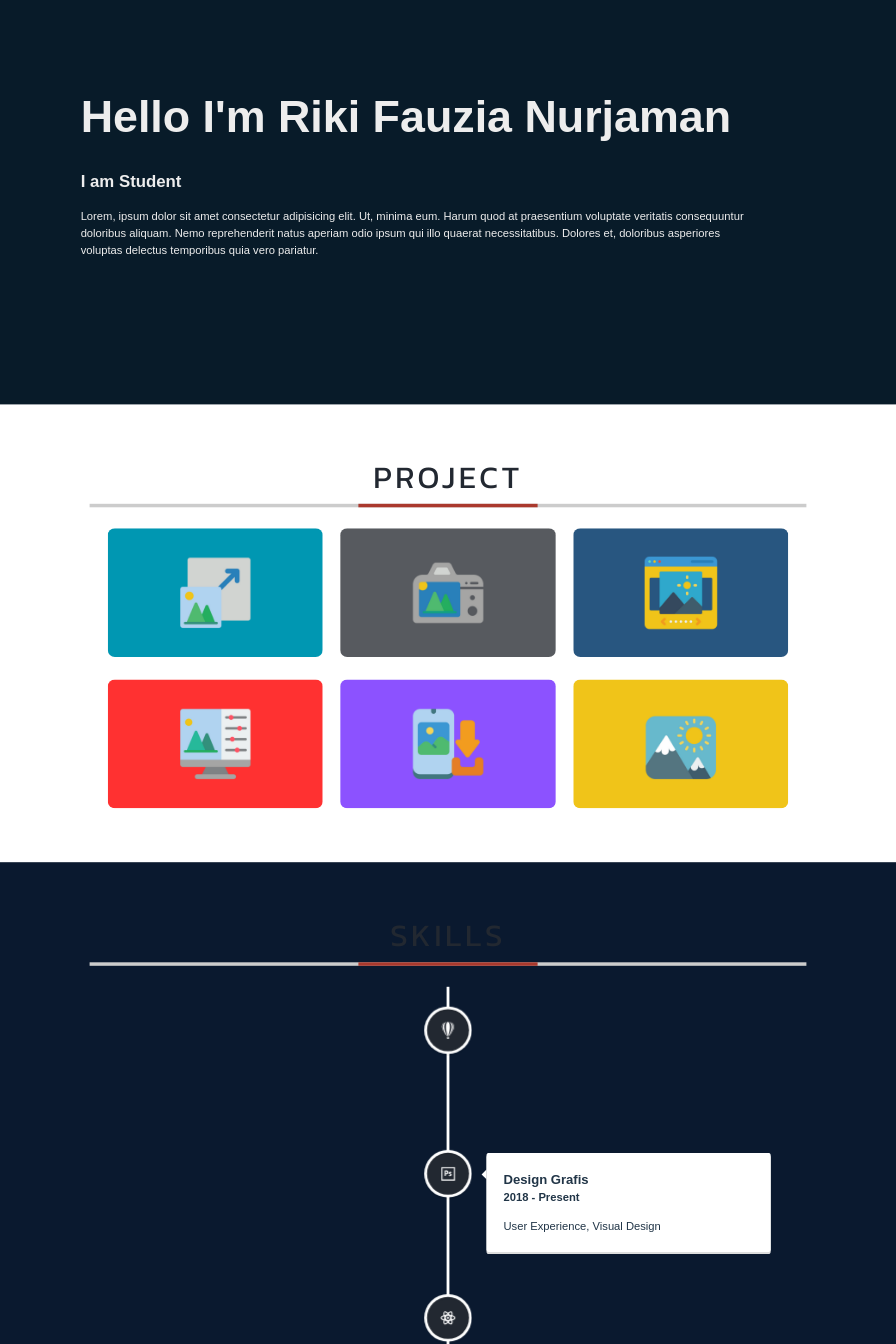
Repository: sellayspy/Portofolio
Page: /
An editor plug-in stored every save of this project. The page is shown before and after the next save, followed by the edit.
The browser window is 1280 px wide. The pictures show the part of the page from y = 304 to 2224 px (the page is 3933 px tall before and 3953 px after), at 70% of full size.
The project was rebuilt for these pictures with package versions that can differ from the ones it lists, and the page was loaded fresh each time. Also part of the build but not shown: vite.config.js, src/styles/DetailPortfolio.css, src/components/ScrollToTop.jsx, src/pages/DetailPortfolio.jsx, src/pages/PagesNotFound.jsx.

Above is the page before, as saved 2024-09-15 16:07:58.

### index.html
<!DOCTYPE html>
<html lang="en">
  <head>
    <meta charset="UTF-8" />
    <link rel="icon" type="image/svg+xml" href="/vite.svg" />
    <meta name="viewport" content="width=device-width, initial-scale=1.0" />
    <title>Portofolio RikiFN</title>
  </head>
  <body>
    <div id="root"></div>
    <script type="module" src="/src/main.jsx"></script>
  </body>
</html>

### src/App.jsx
import "./App.css";
import Home from "./pages/Home";
import DetailPortfolio from "./pages/DetailPortfolio";

import { BrowserRouter, Routes, Route } from "react-router-dom";
import PagesNotFound from "./pages/PagesNotFound";

const App = () => {
  return (
    <BrowserRouter>
      <Routes>
        <Route path="/" element={<Home />} />
        <Route path="/portfolio/:id" element={<DetailPortfolio />} />
        <Route path="/pages-not-found" element={<PagesNotFound />} />
        <Route path="*" element={<PagesNotFound />} />
      </Routes>
    </BrowserRouter>
  );
};

export default App;

### src/App.css
/* Global */
@import url("https://fonts.googleapis.com/css2?family=Nunito+Sans:opsz,wght@6..12,300&display=swap");
@import url("https://fonts.googleapis.com/css2?family=Kanit&display=swap");

html,
body {
  margin: 0px;
  padding: 0px;
  border: none;
  outline: none;
  box-sizing: border-box;
  text-decoration: none;
  scroll-behavior: smooth;
  font-family: "poppins", sans-serif;
}
.wrapper {
  width: 1024px;
  margin: auto;
  padding: 20px 0px 20px 0px;
}

section {
  padding: 50px 0px 50px 0px;
}

.wrapper > h3,
.wrapper > h1 {
  text-align: center;
  font-size: 2.8rem;
  margin: 0px 0px 30px 0px;
  padding: 0px;
  font-family: "Kanit", sans-serif;
  color: #222831;
  letter-spacing: 5px;
  text-transform: uppercase;
  border-bottom: 5px solid #cccccc;
}
.wrapper > h3::after,
.wrapper > h1::after {
  content: "";
  display: block;
  border-bottom: 5px solid #aa392d;
  width: 25%;
  position: relative;
  bottom: -5px; /* your padding + border-width */
  margin: auto;
}

@media only screen and (max-width: 1000px) {
  .wrapper {
    width: 80%;
  }
}

### src/pages/Home.jsx
import About from "../components/About";
import Experience from "../components/Experience";
import Footer from "../components/Footer";
import Header from "../components/Header";
import Navbar from "../components/Navbar";
import Portfolio from "../components/Portfolio";

function Home() {
  return (
    <>
      <Navbar />
      <Header />
      <Portfolio />
      <Experience />
      <About />
      <Footer />
    </>
  );
}

export default Home;

### src/components/About.jsx
import { FaHtml5 } from "react-icons/fa";
import { IoLogoJavascript } from "react-icons/io";
import { FaCss3 } from "react-icons/fa";
import { FaLaravel } from "react-icons/fa";
import { FaReact } from "react-icons/fa";
import { RiTailwindCssFill } from "react-icons/ri";
import { SiCoreldraw } from "react-icons/si";
import { SiAdobephotoshop } from "react-icons/si";
import "../styles/About.css";

const About = () => {
  return (
    <section id="about">
      <div className="wrapper">
        <h3>About</h3>
        <p>
          Lorem ipsum dolor sit amet consectetur adipisicing elit. Totam magni,
          dolorum, explicabo obcaecati ut impedit officiis quae non natus
          praesentium ex, excepturi asperiores laboriosam distinctio vitae
          cupiditate nulla debitis consectetur?
        </p>
        <p>
          Lorem ipsum dolor sit amet consectetur, adipisicing elit. Corporis,
          similique.
        </p>
        <p>Lorem ipsum dolor sit amet.</p>
        <h4>Programing Language & Tools</h4>
        <div className="skills">
          <FaHtml5 />
          <FaCss3 />
          <IoLogoJavascript />
          <RiTailwindCssFill />
          <FaLaravel />
          <FaReact />
          <SiCoreldraw />
          <SiAdobephotoshop />
        </div>
      </div>
    </section>
  );
};

export default About;

### src/components/Experience.jsx
import {
  VerticalTimeline,
  VerticalTimelineElement,
} from "react-vertical-timeline-component";
import "react-vertical-timeline-component/style.min.css";
import { SiNestjs } from "react-icons/si";
import { FaLaravel } from "react-icons/fa";
import { RiReactjsLine } from "react-icons/ri";
import { RiNextjsFill } from "react-icons/ri";
import { FaJava } from "react-icons/fa";
import { SiCoreldraw } from "react-icons/si";
import { DiPhotoshop } from "react-icons/di";
import "../styles/Experience.css";
const Experience = () => {
  return (
    <section id="experience">
      <div className="wrapper">
        <h3>Skills</h3>

        <VerticalTimeline>
          <VerticalTimelineElement
            className="vertical-timeline-element--work"
            iconStyle={{ background: "#222831", color: "#fff" }}
            icon={<SiCoreldraw />}
          >
            <h3 className="vertical-timeline-element-title">Design Grafis</h3>
            <h4 className="vertical-timeline-element-subtitle">
              2018 - Present
            </h4>
            <p>User Experience, Visual Design</p>
          </VerticalTimelineElement>
          <VerticalTimelineElement
            className="vertical-timeline-element--work"
            iconStyle={{ background: "#222831", color: "#fff" }}
            icon={<DiPhotoshop />}
          >
            <h3 className="vertical-timeline-element-title">Design Grafis</h3>
            <h4 className="vertical-timeline-element-subtitle">
              2018 - Present
            </h4>
            <p>User Experience, Visual Design</p>
          </VerticalTimelineElement>
          <VerticalTimelineElement
            className="vertical-timeline-element--work"
            iconStyle={{ background: "#222831", color: "#fff" }}
            icon={<RiReactjsLine />}
          >
            <h3 className="vertical-timeline-element-title">Web Development</h3>
            <h4 className="vertical-timeline-element-subtitle">
              2018 - Present
            </h4>
            <p>User Experience, Visual Design</p>
          </VerticalTimelineElement>
          <VerticalTimelineElement
            className="vertical-timeline-element--work"
            date="2024 - present"
            iconStyle={{ background: "#222831", color: "#fff" }}
            icon={<RiNextjsFill />}
          >
            <h3 className="vertical-timeline-element-title">Web Designer</h3>
            <h4 className="vertical-timeline-element-subtitle">
              Los Angeles, CA
            </h4>
            <p>User Experience, Visual Design</p>
          </VerticalTimelineElement>
          <VerticalTimelineElement
            className="vertical-timeline-element--work"
            date="2024 - present"
            iconStyle={{ background: "#222831", color: "#fff" }}
            icon={<FaJava />}
          >
            <h3 className="vertical-timeline-element-title">Web Designer</h3>
            <h4 className="vertical-timeline-element-subtitle">
              Los Angeles, CA
            </h4>
            <p>User Experience, Visual Design</p>
          </VerticalTimelineElement>
          <VerticalTimelineElement
            className="vertical-timeline-element--work"
            date="2024 - present"
            iconStyle={{ background: "#222831", color: "#fff" }}
            icon={<SiCoreldraw />}
          >
            <h3 className="vertical-timeline-element-title">Web Designer</h3>
            <h4 className="vertical-timeline-element-subtitle">
              Los Angeles, CA
            </h4>
            <p>User Experience, Visual Design</p>
          </VerticalTimelineElement>
          <VerticalTimelineElement
            className="vertical-timeline-element--work"
            date="2024 - present"
            iconStyle={{ background: "#222831", color: "#fff" }}
            icon={<DiPhotoshop />}
          >
            <h3 className="vertical-timeline-element-title">Web Designer</h3>
            <h4 className="vertical-timeline-element-subtitle">
              Los Angeles, CA
            </h4>
            <p>User Experience, Visual Design</p>
          </VerticalTimelineElement>
        </VerticalTimeline>
      </div>
    </section>
  );
};

export default Experience;

### src/components/Footer.jsx
import "../styles/Footer.css";

const Footer = () => {
  return <footer>&copy; 2024. Riki Fauzia Nurjaman</footer>;
};

export default Footer;

### src/components/Header.jsx
import profilePicture from "../assets/test.png";
import { FaInstagram } from "react-icons/fa";
import { FaTiktok } from "react-icons/fa";
import { SiFiverr } from "react-icons/si";
import "../styles/Header.css";
const Header = () => {
  return (
    <header>
      <div className="header-jumbotron">
        <h1>Hello I'm Riki Fauzia Nurjaman</h1>
        <h2>
          I am <span className="type-animation">Student</span>
        </h2>
        <p>
          Lorem, ipsum dolor sit amet consectetur adipisicing elit. Ut, minima
          eum. Harum quod at praesentium voluptate veritatis consequuntur
          doloribus aliquam. Nemo reprehenderit natus aperiam odio ipsum qui
          illo quaerat necessitatibus. Dolores et, doloribus asperiores voluptas
          delectus temporibus quia vero pariatur.
        </p>
        {/* <div className="socialMedia">
          <a href="https://www.instagram.com/rikifauzianurjaman/">
            <FaInstagram />
          </a>
          <a href="https://www.tiktok.com/@officialspylike">
            <FaTiktok />
          </a>
          <a href="https://www.fiverr.com/rikifauzianurja">
            <SiFiverr />
          </a>
        </div> */}
      </div>
    </header>
  );
};

export default Header;

### src/components/Navbar.jsx
import { FaBars } from "react-icons/fa6";
import { IoClose } from "react-icons/io5";
import "../styles/Navbar.css";
import { useState } from "react";
import { HashLink } from "react-router-hash-link";
import { Link } from "react-router-dom";

const Navbar = () => {
  const [statusTampil, setStatusTampil] = useState("");

  const tampilMenu = () => {
    if (statusTampil == "") {
      setStatusTampil("tampil");
    } else {
      setStatusTampil("");
    }
  };
  return (
    <nav>
      <div className="wrapper">
        <div className="logo">
          <Link to="/">Portfolio</Link>
        </div>
        <button onClick={tampilMenu}>
          {statusTampil == "" ? <FaBars /> : <IoClose />}
        </button>
        <div className={`menu ${statusTampil}`} onClick={tampilMenu}>
          <ul>
            <li>
              <HashLink to="/#portfolio">Project</HashLink>
            </li>
            <li>
              <HashLink to="/#contact">Service</HashLink>
            </li>
            <li>
              <HashLink to="/#about">About</HashLink>
            </li>
            <li>
              <HashLink to="/#experience">Skills</HashLink>
            </li>
          </ul>
        </div>
      </div>
    </nav>
  );
};

export default Navbar;

### src/components/Portfolio.jsx
import { portfolioList } from "../data/DataPortfolio";

import { Link } from "react-router-dom";

import "../styles/Portfolio.css";

const Portfolio = () => {
  return (
    <section id="portfolio">
      <div className="wrapper">
        <h3>Project</h3>
        <div className="grid">
          {portfolioList.map((item) => {
            return (
              <div className="item" key={item.id}>
                <Link to={`/portfolio/${item.id}`}>
                  <img src={item.image} />
                </Link>
              </div>
            );
          })}
        </div>
      </div>
    </section>
  );
};

export default Portfolio;

### src/data/DataPortfolio.jsx
import portfolio1 from "../assets/portfolio1.png";
import portfolio2 from "../assets/portfolio2.png";
import portfolio3 from "../assets/portfolio3.png";
import portfolio4 from "../assets/portfolio4.png";
import portfolio5 from "../assets/portfolio5.png";
import portfolio6 from "../assets/portfolio6.png";

export const portfolioList = [
  {
    id: "1",
    title: "Website Portofolio",
    image: portfolio1,
    skill: "html, css, javascript",
  },
  {
    id: "2",
    title: "Website Portofolio2",
    image: portfolio2,
    skill: "laravel, react, api, typescript, tailwind",
  },
  {
    id: "3",
    title: "Website Portofolio3",
    image: portfolio3,
    skill: "react, javascript, css, html",
  },
  {
    id: "4",
    title: "Website Portofolio4",
    image: portfolio4,
    skill: "reactjs, typescript, tailwind, nodejs",
  },
  {
    id: "5",
    title: "Desain Grafis Portofolio",
    image: portfolio5,
    skill: "adobephotoshop, coreldraw",
  },
  {
    id: "6",
    title: "Desain Grafis Portofolio2",
    image: portfolio6,
    skill: "adobephotoshop, coreldraw",
  },
];

### src/styles/About.css
#about {
  background-color: #eaedef;
  position: relative;
  font-size: 1.2rem;
}
#about > .wrapper {
  margin: auto;
  width: 50%;
}
#about > .wrapper > h3 {
  text-align: center;
  font-size: 2.8rem;
  margin: 0px 0px 30px 0px;
  padding: 0px;
  font-family: "Kanit", sans-serif;
  color: #333;
  letter-spacing: 5px;
  text-transform: uppercase;
}
#about > .wrapper > p {
  text-align: center;
}

#about > .wrapper > h4 {
  text-align: center;
  font-size: 1.4rem;
  margin: 0px 0px 20px 0px;
  padding: 0px;
  font-family: "Kanit", sans-serif;
  letter-spacing: 5px;
  color: #333;
}
.skills {
  text-align: center;
}
.skills > svg {
  display: inline-block;
  color: #74797e;
  width: 50px;
  height: auto;
  margin: 10px;
  cursor: pointer;
}

.skills > svg:hover {
  color: #aa392d;
}

@media only screen and (max-width: 1000px) {
  #about > .wrapper {
    width: 80%;
  }
}

### src/styles/Experience.css
#experience {
  background-color: #0a192f;
  position: relative;
}

### src/styles/Footer.css
footer {
  background-color: #39404a;
  text-align: center;
  line-height: 100px;
  color: #fff;
  letter-spacing: 5px;
}

### src/styles/Header.css
:root {
  --bg-color: #081b29;
  --second-bg-color: #112e43;
  --text-color: #ededed;
  --main-color: #00abf0;
}

header {
  background-color: var(--bg-color);
  color: var(--text-color);
  padding: 10rem 9% 2rem;
}

.header-jumbotron {
  width: 60rem;
  padding: 10rem 0;
}

.header-jumbotron h1 {
  font-size: 4rem;
  line-height: 1;
}

/* .header-jumbotron > img {
  width: 280px;
  border: 5px solid skyblue;
  border-radius: 100%;
  box-shadow: 0px 0px 20px rgba(255, 255, 255, 0.5);
}

.header-jumbotron > .header-text > .animated-tex {
  color: #fff;
  margin: 20px 0px 0px 0px;
  padding: 0px;
  font-size: 2.5rem;
}

.animated-tex span {
  position: relative;
}

.animated-tex span::before {
  content: "Student";
  background: linear-gradient(270deg, #df8908 10%, #b415ff 100%);
  background-clip: text;
  -webkit-background-clip: text;
  -webkit-text-fill-color: transparent;
  animation: words 20s infinite;
}

.animated-tex span::after {
  content: "";
  position: absolute;
  width: calc(100% + 8px);
  height: 100%;
  background-color: #0a192f;
  border-left: 2px solid #e03fd8;
  right: -2px;
  animation: cursor 0.8s infinite, typing 20s steps(14) infinite;
}
@keyframes cursor {
  to {
    border-left: 2px solid #fff;
  }
}
@keyframes words {
  0%,
  34% {
    content: "Programmer";
  }
  25%,
  68% {
    content: "Designer";
  }
  69%,
  100% {
    content: "Gamer";
  }
}
@keyframes typing {
  10%,
  15%,
  30%,
  35%,
  50%,
  55%,
  70%,
  75%,
  90%,
  95% {
    width: 0;
  }
  5%,
  20%,
  25%,
  40%,
  45%,
  60%,
  65%,
  80%,
  85% {
    width: calc(100% + 8px);
  }
}

.header-jumbotron > .header-text > h3 {
  position: relative;
  color: #0e3742;
  margin: 10px 0px 0px 0px;
  padding: 0px;
  font-size: 3.5rem;
  text-transform: uppercase;
  line-height: 0.7em;
  outline: none;
  animation: animate 5s linear forwards;
}

@keyframes animate {
  0% {
    color: #0e3742;
    text-shadow: none;
  }
  100% {
    color: #fff;
    text-shadow: 0 0 10px #03bcf4, 0 0 20px #03bcf4, 0 0 40px #03bcf4,
      0 0 80px #03bcf4, 0 0 160px #03bcf4;
  }
}

.header-jumbotron > .header-text > p {
  padding: 15px;
  margin: 0px 5px 20px 5px;
  color: #fff;
  font-size: 1.2rem;
}
.socialMedia {
  color: #fff;
  display: flex;
  gap: 20px;
}

.socialMedia > a {
  background-color: #222831;
  color: #fff;
  width: 80px;
  height: 80px;
  border-radius: 50%;
  display: flex;
  justify-content: center;
  align-items: center;
  transition: transform 0.3s ease-in-out;
}
.socialMedia > a > svg {
  height: 30px;
  width: auto;
}
.socialMedia > a:hover {
  background-color: #aa392d;
  box-shadow: 0px 0px 10px rgba(255, 255, 255, 0.5);
  transform: scale(1.2);
}

@media only screen and (max-width: 1000px) {
  .socialMedia > a {
    width: 60px;
    height: 60px;
  }

  .socialMedia > a > svg {
    height: 30px;
    width: auto;
  }
} */

### src/styles/Navbar.css
nav {
  background-color: #081225;
  color: #fff;
  position: sticky;
  top: 0;
  z-index: 100;
  text-transform: uppercase;
  box-shadow: 0px 0px 10px rgba(255, 255, 255, 0.5);
}
nav > .wrapper {
  display: flex;
  justify-content: space-between;
  align-items: center;
}

.menu {
  width: 35%;
}

.logo {
  display: flex;
  align-items: center;
}
.logo > a {
  color: #fff;
  text-decoration: none;
  font-size: 1.5rem;
  font-weight: 900;
  letter-spacing: 8px;
}
.menu > ul {
  display: flex;
  list-style-type: none;
  margin: 0px;
  padding: 0px;
  justify-content: space-between;
  font-weight: bold;
}

.menu > ul > li > a {
  position: relative;
  text-decoration: none;
  color: #fff;
}

.menu > ul > li > a::before {
  content: "";
  position: absolute;
  top: 100%;
  left: 0;
  width: 0;
  height: 2px;
  background: yellow;
  transition: 0.3s;
}

.menu > ul > li > a:hover::before {
  width: 100%;
}

nav > .wrapper > button {
  cursor: pointer;
  display: none;
  position: absolute;
  right: 10px;
  top: 10px;
  border: 0px;
  background-color: transparent;
  padding: 0px;
}
nav > .wrapper > button > svg {
  color: #fff;
  font-size: 50px;
}
@media only screen and (max-width: 1000px) {
  .menu > ul {
    display: none;
  }
  .menu.tampil > ul {
    display: inline;
  }
  .menu {
    text-align: right;
  }
  nav > .wrapper > button {
    display: inline;
  }
  .menu > ul {
    flex-direction: column;
    background-color: #060d1c;
    width: 100%;
    position: fixed;
    top: 70px;
    left: 0;
  }
  .menu > ul > li {
    text-align: left;
    cursor: pointer;
  }
  .menu > ul > li > a {
    display: inline-block;
    padding: 15px 20px 15px 50px;
    width: 100%;
  }
  .menu > ul > li > a:hover {
    background-color: #000;
  }
}

### src/styles/Portfolio.css
.grid {
  display: grid;
  grid-template-columns: 30% 30% 30%;
  grid-gap: 25px;
  justify-content: center;
}

.grid > .item > a > img {
  width: 100%;
  border-radius: 10px;
}

@media only screen and (max-width: 1000px) {
  .grid {
    grid-template-columns: 45% 45%;
  }
}

Loaded but not shown: src/main.jsx (common file); src/index.css (common file)

After the next save:
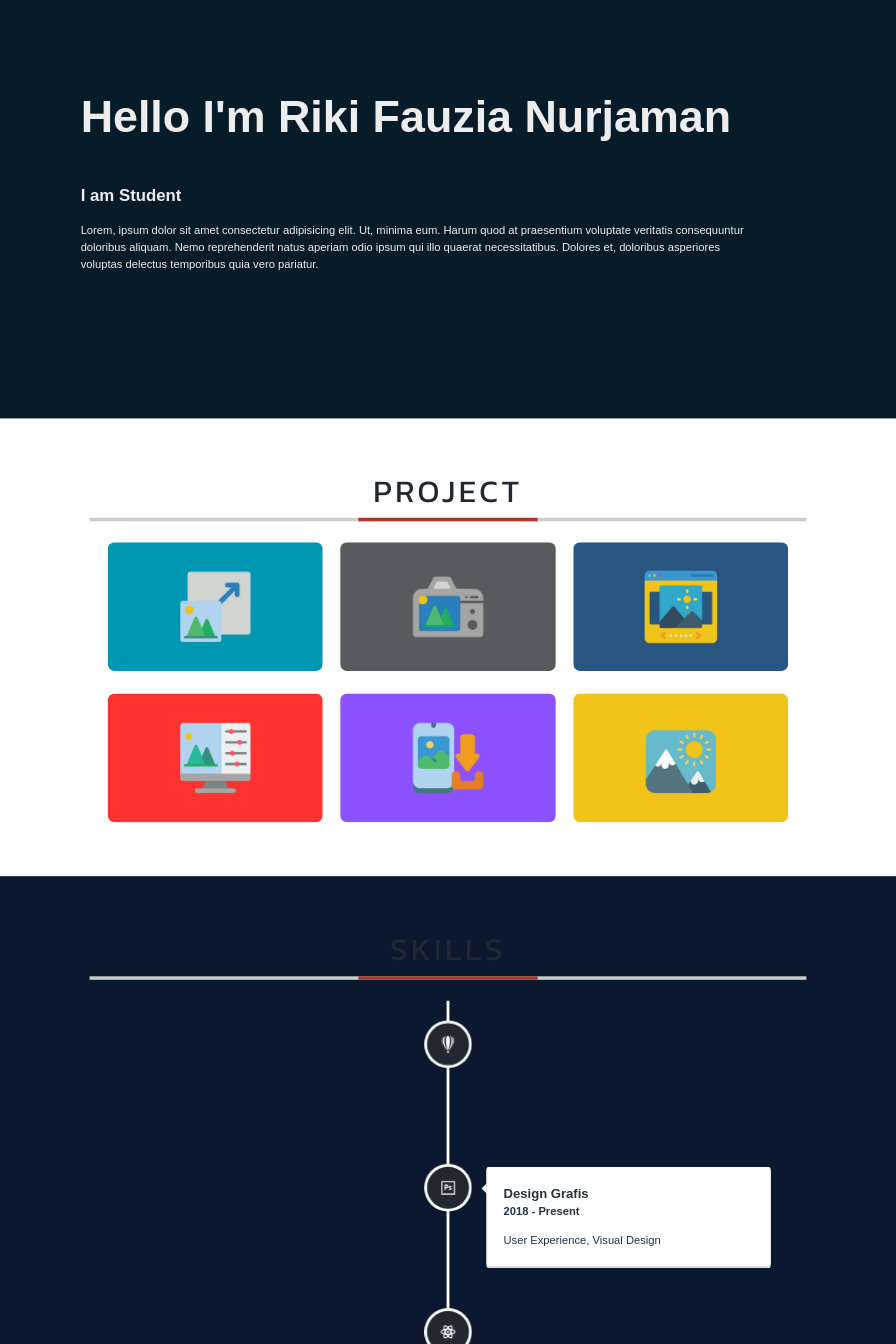
Saved 4 min 1 s later.
--- a/src/styles/Header.css
+++ b/src/styles/Header.css
@@ -19,6 +19,10 @@
 .header-jumbotron h1 {
   font-size: 4rem;
   line-height: 1;
+}
+
+.header-jumbotron h2 {
+  padding-top: 20px;
 }
 
 /* .header-jumbotron > img {

After the save that followed:
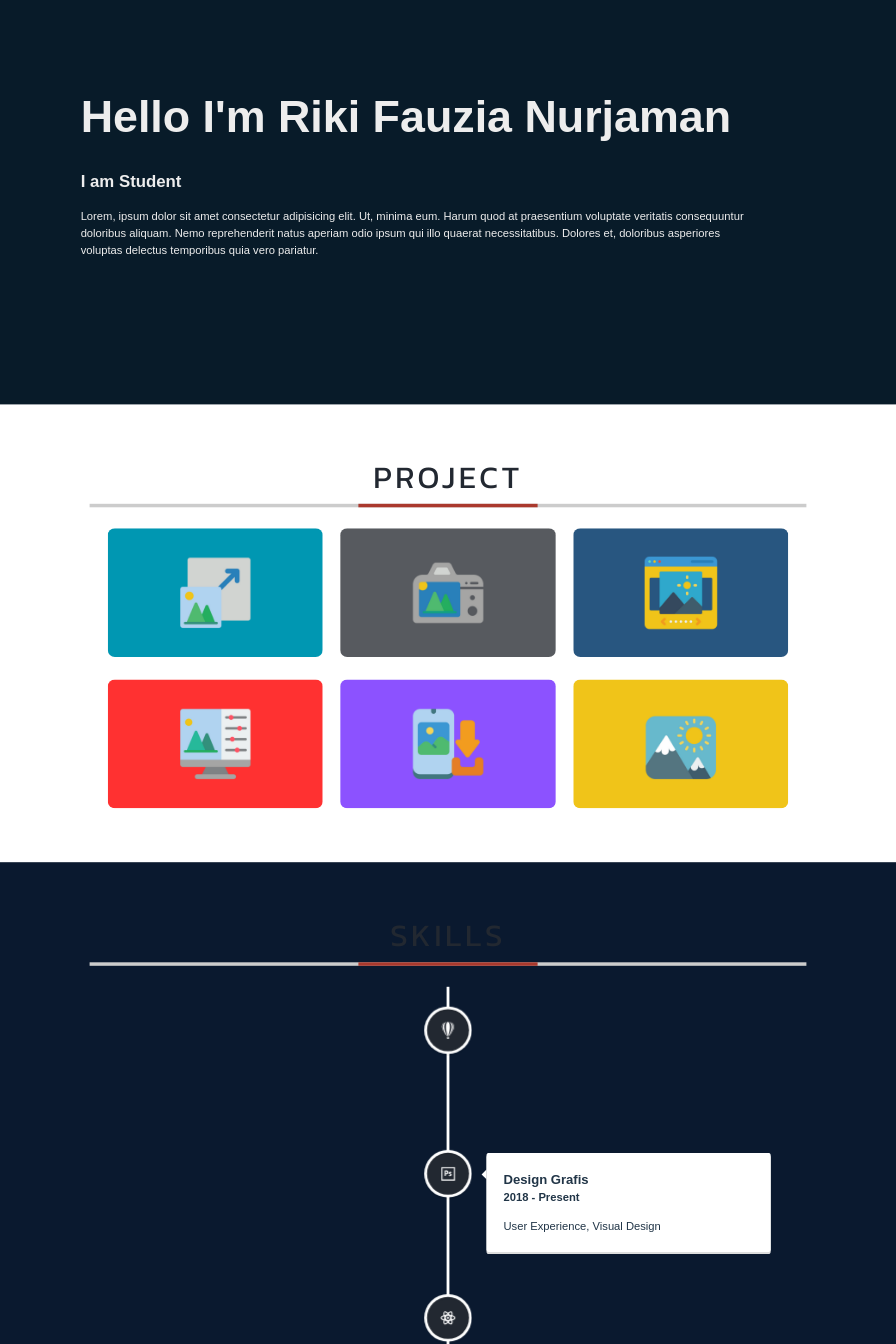
Saved 5 s later.
--- a/src/styles/Header.css
+++ b/src/styles/Header.css
@@ -22,7 +22,7 @@
 }
 
 .header-jumbotron h2 {
-  padding-top: 20px;
+  padding-top: -20px;
 }
 
 /* .header-jumbotron > img {
